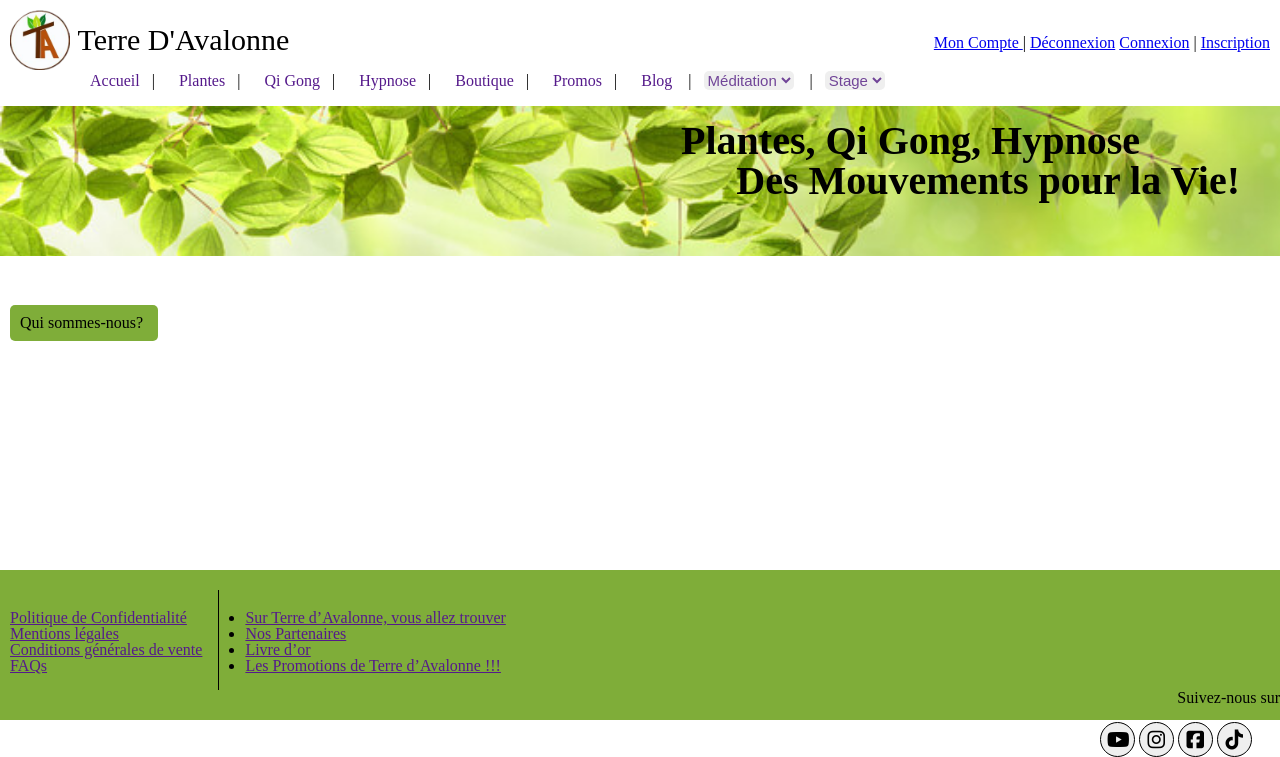
Repository: Michelhof1978/TerreDavalonne
Page: templates/base.html
The author's editor kept a copy of each file at every save. The page is drawn from the files as they stood at one save, then again after a run of saves.
The browser window is 1280 px wide. The pictures show the whole page.
Some web fonts or font styles are not loaded; a fallback is used. Some web libraries are served in a nearby version.

Above is the page before, as saved 2022-05-04 15:32:12.

### templates/base.html
<!DOCTYPE html>
<html lang="fr">

<head>
  <meta charset="UTF-8">
  <meta http-equiv="X-UA-Compatible" content="IE=edge">
  <meta name="viewport" content="width=device-width, initial-scale=1.0">
  <title>Newsletter</title>
  <link rel="stylesheet" href="/assets/reset.css" type="text/css">
  <script src="https://kit.fontawesome.com/a9becd4f18.js" crossorigin="anonymous"></script>
  <link rel="preconnect" href="https://fonts.googleapis.com">
  <link rel="preconnect" href="https://fonts.gstatic.com" crossorigin>
  <link
    href="https://fonts.googleapis.com/css2?family=Cairo:wght@500&family=Dancing+Script:wght@600;700&family=Ms+Madi&family=Updock&display=swap"
    rel="stylesheet">
</head>

<body>
  <header>
    <div style="float: left; padding:auto">
      <img class="logoTerreDavalonne" src="/assets/img/logoTerreDavalonne.png" alt="logo terre d'avalonne">
    </div>
    <div style="padding:10px">
      <h1 style="margin-top:15px">&nbspTerre D'Avalonne</h1>
    </div>

    <div class="login">

      <a href="{{path('account')}}">Mon Compte <small> </small></a> | <a href="{{path('app_logout')}}">Déconnexion</a>

      <a href="{{path('app_login')}}">Connexion</a> | <a href="{{path('registrer')}}">Inscription</a>

    </div>
    </div>


    <nav>
      <ul class="nav">
        <li class="nav-item">
          <a class="nav-link" href="">Accueil</a>&nbsp&nbsp&nbsp|
        </li>

        <li class="nav-item">
          <a class="nav-link" href="">Plantes</a>&nbsp&nbsp&nbsp|
        </li>

        <li class="nav-item">
          <a class="nav-link" href="">Qi Gong</a>&nbsp&nbsp&nbsp|
        </li>

        <li class="nav-item">
          <a href="">Hypnose</a>&nbsp&nbsp&nbsp|
        </li>

        <li class="nav-item">
          <a class="nav-link" href="">Boutique</a>&nbsp&nbsp&nbsp|
        </li>

        <li class="nav-item">
          <a class="nav-link" href="">Promos</a>&nbsp&nbsp&nbsp|
        </li>

        <li class="nav-item">
          <a class="nav-link" href="">Blog </a>&nbsp&nbsp&nbsp|&nbsp&nbsp
        </li>

        <select class=form-control>
          <option value=un>Méditation</option>
          <option value=deux>Deux</option>
          <option value=trois>Trois</option>
        </select>
        &nbsp&nbsp&nbsp|&nbsp&nbsp
        <select class=form-control>
          <option value=un>Stage</option>
          <option value=deux>Deux</option>
          <option value=trois>Trois</option>
        </select>
      </ul>

    </nav>




  </header>

  <div class="banniere">
    <div class="btn-banniere">
      <a class="link-banniere" href="">Qui sommes-nous?</a>
    </div>

    <div class="textBaniere ">Plantes, Qi Gong, Hypnose &nbsp&nbsp&nbsp&nbsp&nbsp&nbsp&nbsp&nbsp&nbsp<br>
      Des Mouvements pour la Vie!
    </div>
  </div>


















  <footer>
    <div style="display: flex;">
      <ul class="ulFooter">
        <li>
          <a href="">Politique de Confidentialité</a>
        </li>
        <li>
          <a href="">Mentions légales</a>
        </li>
        <li class>
          <a href="">Conditions générales de vente</a>
        </li>
        <li class>
          <a href="">FAQs</a>
        </li>
      </ul>
      <div class="footer-separator"></div>
      <ul class="ulFooter">
        <li>
          <a href="">Sur Terre d’Avalonne, vous allez trouver</a>
        </li>
        <li>
          <a href="">Nos Partenaires</a>
        </li>
        <li class>
          <a href="">Livre d’or</a>
        </li>
        <li class>
          <a href="">Les Promotions de Terre d’Avalonne !!!</a>
        </li>
      </ul>
    </div>

    <div class="reseaux">
      <p class="suivez-nous">Suivez-nous sur</p>
      <div class="reseauButton">
        <button class="reseaux1"><a href="https://www.youtube.com/results?search_query=terre+d%27avalonne" <i
            class="fa-brands fa-youtube" style="font-size:20px;text-decoration:none;color:black;"></i></a></button>
        <button class="reseaux2"><a href="https://www.instagram.com/terredavalonne/" <i class="fa fa-instagram"
            style="font-size:20px;text-decoration:none;color:black;"></i></a></button>
        <button class="reseaux3"><a href="https://www.facebook.com/Avalonne.naturopathe.lyon/" <i
            class="fa-brands fa-facebook-square"
            style="font-size:20px;text-decoration:none;color:black;"></i></a></button>
        <button class="reseaux4"><a href="https://www.tiktok.com/@terre_d_avalonne" <i class="fa-brands fa-tiktok"
            style="font-size:20px;text-decoration:none;color:black;"></i></a></button>

      </div>

  </footer>



</body>

<style>
  .logoTerreDavalonne {
    width: 60px;
    height: 60px;
    margin-left: 10px;
    margin-top: 10px;
  }

  h1 {
    font-size: 30px;
    margin: auto;
  }

  .login {
    text-align: end;
    color: black;
    text-decoration: none;
    margin-right: 10px;
    margin-top: -30px;
  }

  ul {
    padding-top: 20px;
    font-size: 1rem;

  }

  .nav-item {
    display: inline;
    padding-left: 20px;

  }

  nav a {
    text-decoration: none;
  }


  nav a:hover {
    color: #0d3d9e;
  }

  .form-control {
    border-radius: 5px;
    border: 0px solid;
    font-size: 15px;
    color: rgba(89, 37, 135, 0.845);
  }

  .banniere {
    background-image: url("/assets/img/BanniereProvisoir.jpg");
    background-size: 100%;
    height: 150px;

  }

  .textBaniere {
    padding-right: 40px;
    font-size: 40px;
    text-align: right;
    padding-top: 15px;
    font-weight: 600;
    font-family: 'Cairo', sans-serif;
    font-family: 'Dancing Script', cursive;
    font-family: 'Ms Madi', cursive;
    font-family: 'Updock', cursive;

  }

  .link-banniere{
    text-decoration: none;
    color: black;
  }

  .btn-banniere {
    width: 10%;
    background-color: #7FAD39;
    padding: 10px;
    border-radius: 5px;
    cursor: pointer;
    position: absolute;
    top: 41%;
    margin: 10px;
    text-decoration: none;
    color: white;

  }

  .btn-banniere:hover {
    background-color: #99f80a;
  }


  .reseauButton {
    padding-right: 28px;
  }

  footer {
    position: absolute;
    bottom: 0;
    width: 100%;
    height: 130px;
    background-color: #7FAD39;
    padding-top: 20px;
  }

  .ulFooter {
    text-align: left;
    padding-left: 10px;
  }

  .footer-separator {
    width: 1px;
    margin-left: 16px;
    margin-right: 16px;
    background-color: #000;
  }

  .reseaux {
    text-align: end;
  }

  .reseaux1,
  .reseaux2,
  .reseaux3,
  .reseaux4 {
    height: 35px;
    width: 35px;
    border-radius: 50%;
    border: 1px solid #000;
    text-align: end;
    padding-right: 8px;
  }

  .reseaux1:hover {

    background-color: rgba(224, 107, 107, 0.919);
  }

  .reseaux2:hover {
    background-color: rgba(168, 73, 168, 0.848);
  }

  .reseaux3:hover {
    background-color: rgba(63, 162, 189, 0.554);
  }

  .reseaux4:hover {
    background-color: rgb(230, 157, 12);
  }
</style>

</html>

### assets/reset.css

  html,
  body,
  div,
  span,
  applet,
  object,
  iframe,
  h1,
  h2,
  h3,
  h4,
  h5,
  h6,
  p,
  blockquote,
  pre,
  a,
  abbr,
  acronym,
  address,
  big,
  cite,
  code,
  del,
  dfn,
  em,
  img,
  ins,
  kbd,
  q,
  s,
  samp,
  small,
  strike,
  strong,
  sub,
  sup,
  tt,
  var,
  b,
  u,
  i,
  center,
  dl,
  dt,
  dd,
  ol,
  ul,
  li,
  fieldset,
  form,
  label,
  legend,
  table,
  caption,
  tbody,
  tfoot,
  thead,
  tr,
  th,
  td,
  article,
  aside,
  canvas,
  details,
  embed,
  figure,
  figcaption,
  footer,
  header,
  hgroup,
  menu,
  nav,
  output,
  ruby,
  section,
  summary,
  time,
  mark,
  audio,
  video {
    margin-left: 0;
    margin-right: 0;
    margin-top: 0;
    padding: 0;
    border: 0;
    font-size: 100%;
    font: inherit;
    vertical-align: baseline;
  }

  /* HTML5 display-role reset for older browsers */
  article,
  aside,
  details,
  figcaption,
  figure,
  footer,
  header,
  hgroup,
  menu,
  nav,
  section {
    display: block;
  }

  body {
    line-height: 1;
  }

After the next 3 saves:
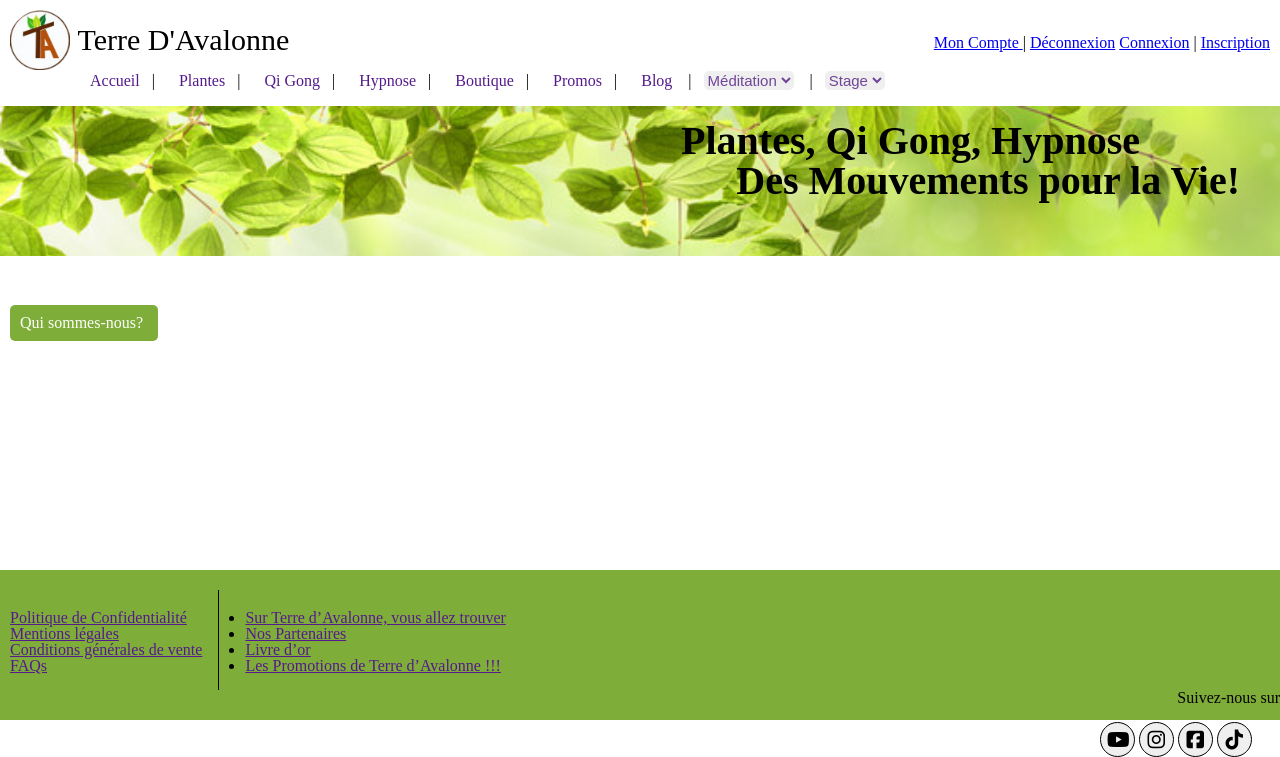
The 3 saves are shown as one change because they came seconds apart.
The last was saved 18 s later.
--- a/templates/base.html
+++ b/templates/base.html
@@ -236,7 +236,7 @@
 
   .link-banniere{
     text-decoration: none;
-    color: black;
+    color: white;
   }
 
   .btn-banniere {
